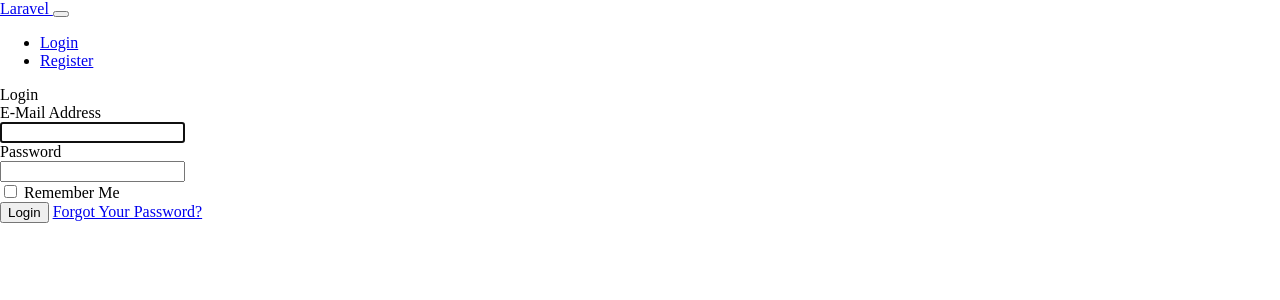
Repository: PatryxB/bikeService
Page: http://localhost/login
The author's editor kept a copy of each file at every save. The page is drawn from the files as they stood at one save, then again after the next save.
The browser window is 1280 px wide. The pictures show the whole page.
The page is served by the project's Laravel application, run on PHP 8.4 with Laravel 8. Style sheets and scripts are compiled from the project's sources, by tool versions that may differ from the author's.

Above is the page before, as saved 2020-05-01 13:33:07.

After the next save:
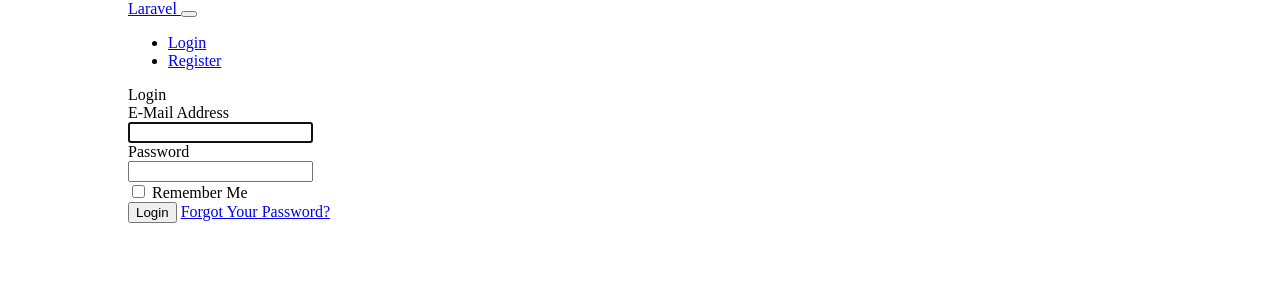
Saved 9 s later.
--- a/resources/sass/app.scss
+++ b/resources/sass/app.scss
@@ -3,7 +3,7 @@ html, body{
     margin: 0;
     padding: 0;
 }
-.banner{
+.container{
     width: 80%;
     margin: 0 auto;
 }
